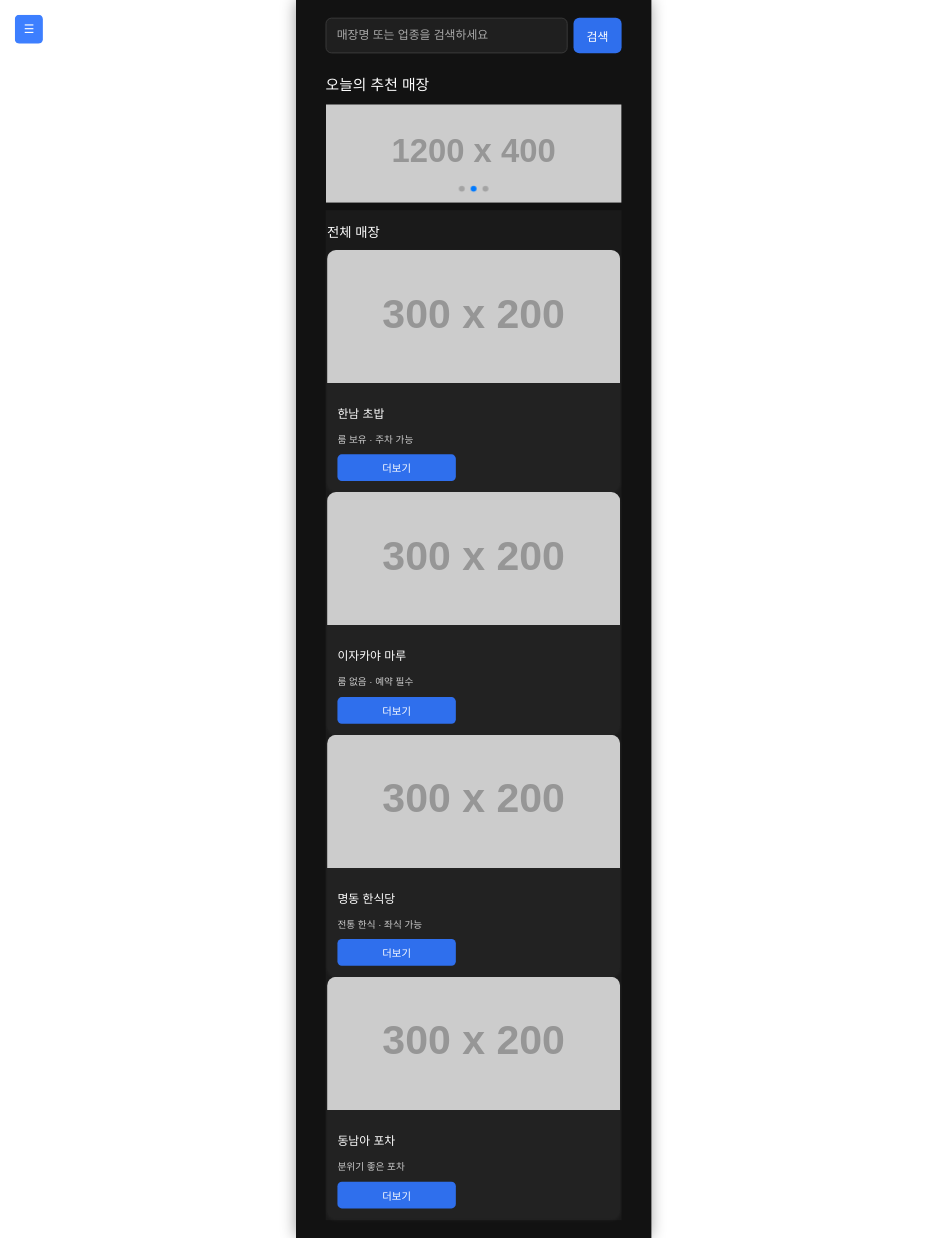
Repository: noiredex/Choplan-API
Page: / (app in choplan/frontend_main/)
The author's editor kept a copy of each file at every save. The page is drawn from the files as they stood at one save, then again after the next save.
The browser window is 1280 px wide. The pictures show the whole page, at 74% of full size.
The project was rebuilt for these pictures with package versions that can differ from the ones it lists, and the page was loaded fresh each time. Also part of the build but not shown: choplan/frontend_main/vite.config.js, choplan/frontend_main/vite.config.ts, choplan/frontend_main/src/styles/StoreDetailPage.css, choplan/frontend_main/src/pages/StoreDetailPage.jsx.

Above is the page before, as saved 2025-10-29 10:32:15.

After the next save:
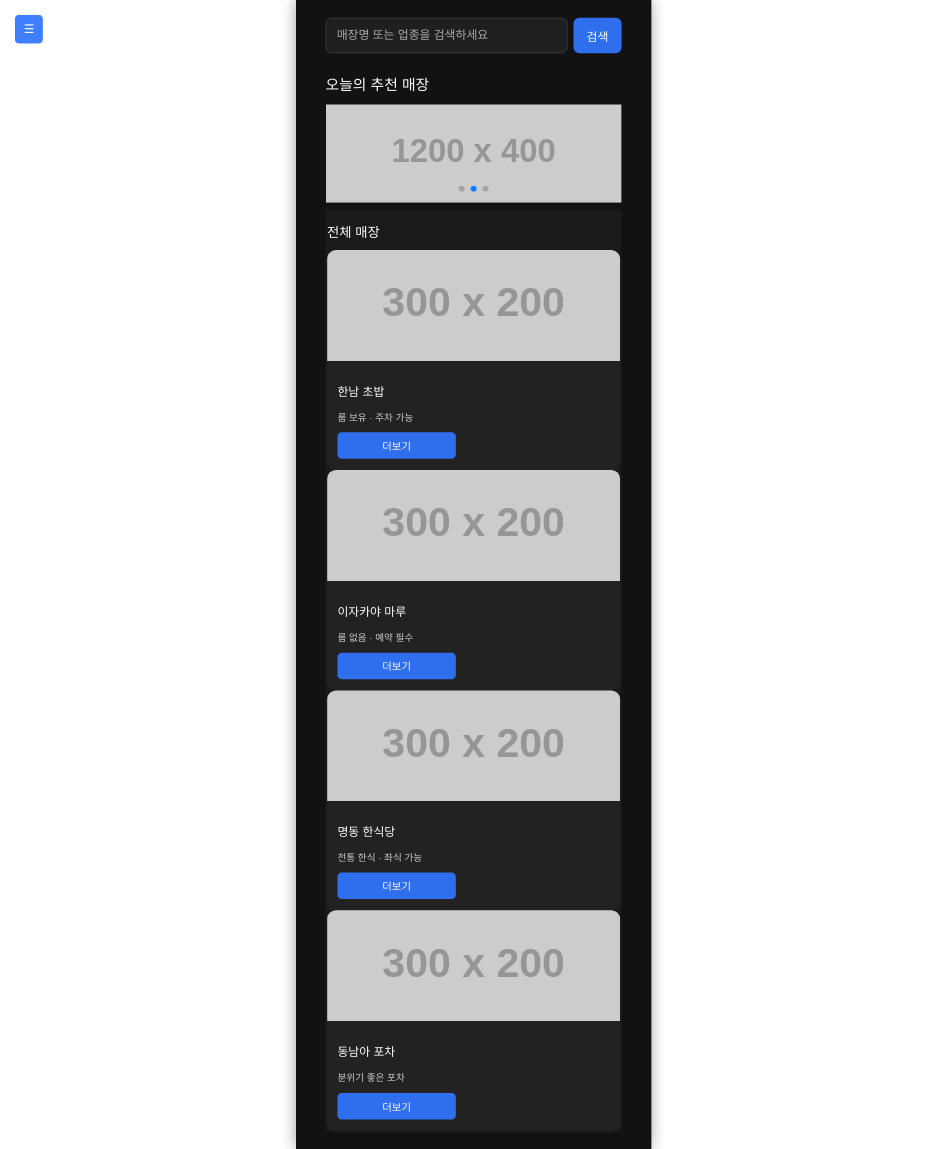
Saved 5 s later.
--- a/choplan/frontend_main/src/styles/RecommendedStores.css
+++ b/choplan/frontend_main/src/styles/RecommendedStores.css
@@ -40,7 +40,7 @@
 
 .store-card img {
   width: 100%;
-  height: 180px;
+  height: 150px;
   object-fit: cover;
 }
 
